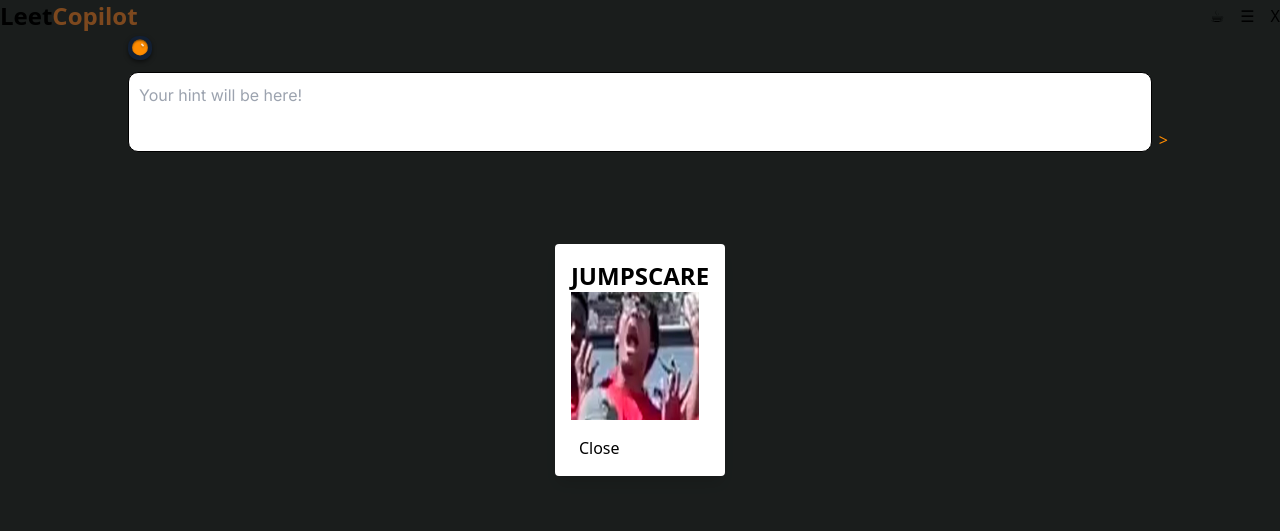
Repository: LeetCopilot/LeetCopilot
Page: / (app in frontend/), after clicking the first element matching `div.flex > :nth-child(3)`
These files come from the project's save history. The page is drawn as it stood at one moment and after the next save; the edit follows.
The browser window is 1280 px wide. The pictures show the whole page.
The project was rebuilt for these pictures with package versions that can differ from the ones it lists, and the page was loaded fresh each time. Also part of the build but not shown: frontend/vite.config.js.

Above is the page before, as saved 2023-09-01 13:49:45.

### frontend/index.html
<!doctype html>
<html lang="en">
  <head>
    <meta charset="UTF-8" />
    <link rel="icon" type="image/svg+xml" href="/vite.svg" />
    <link rel="preconnect" href="https://fonts.googleapis.com" />
    <link rel="preconnect" href="https://fonts.gstatic.com" crossorigin />
    <link
      href="https://fonts.googleapis.com/css2?family=Inter:wght@100;200;300;400;500;600;700;800;900&display=swap"
      rel="stylesheet"
    />
    <meta name="viewport" content="width=device-width, initial-scale=1.0" />
    <title>Vite + React</title>
  </head>

  <body>
    <div id="root"></div>
    <script type="module" src="/src/main.tsx"></script>
  </body>
</html>

### frontend/src/main.tsx
import React from "react";
import ReactDOM from "react-dom/client";
import App from "./App.jsx";
import "./globals.css";

ReactDOM.createRoot(document.getElementById("root")!).render(
  <React.StrictMode>
    <App />
  </React.StrictMode>,
);

### frontend/src/App.jsx
import React, { useState } from 'react';
import axios from 'axios';
import { NavBar, Indicator, PromptBox } from './components';

export const App = () => {
  const [responseFromContent, setResponseFromContent] = useState("");
  const [isTyping, setIsTyping] = useState(false);  // new state to track user typing

  const message = {
      from: "Sender.React",
      type: "SCRAPE_HINT_DATA",
  };

  const queryInfo = {
      active: true,
      currentWindow: true
  };

  const getCurrentTabId = () => {
    return new Promise((resolve, reject) => {
      chrome.tabs.query(queryInfo, tabs => {
        if (tabs && tabs[0]) {
          resolve(tabs[0].id);
        } else {
          reject(new Error('No tabs found'));
        }
      });
    });
  };

  const sendMessageToContentScript = (tabId) => {
    return new Promise((resolve) => {
      chrome.tabs.sendMessage(tabId, message, (response) => {
        resolve(response);
      });
    });
  };

  const requestHint = async () => {
    try {
      const currentTabId = await getCurrentTabId();
      const leetData = await sendMessageToContentScript(currentTabId);

      console.log(leetData);

      let hint = 'We failed to make a request to the server. Please try again.'; // default hint

      const response = await axios.post('http://localhost:8000/hint', {
        description: leetData.description,
        code: leetData.code
      });

      print(response);
      setResponseFromContent(response.data);

    } catch (error) {
      console.log(error);
    }
  };

  return (
    <div style={{ width: '100vw', height: '100vh', backgroundColor: '#343B39' }}>
      <NavBar />
      <Indicator isTyping={isTyping} />
      <PromptBox
        responseFromContent={responseFromContent}
        setIsTyping={setIsTyping}
        requestHint={requestHint}
      />
    </div>
  );
};

export default App;

### frontend/src/globals.css
@tailwind base;
@tailwind components;
@tailwind utilities;

html,
body,
#root {
  height: 100%;
  width: 100%;
}

html {
  min-width: 320px;
}

### frontend/src/components/index.js
export { default as NavBar } from './NavBar';
export { default as Indicator } from './Indicator';
export { default as PromptBox } from './PromptBox';

### frontend/src/components/NavBar.tsx
import React, { useState } from "react";
import Popup from "./Popup";

const NavBar = () => {
  const [showPopup, setShowPopup] = useState(false);

  const togglePopup = () => {
    setShowPopup(!showPopup);
  };

  return (
    <nav className="mb-2 flex items-center justify-between">
      <h3 className="text-2xl font-black">
        Leet
        <span className="text-orange-400">Copilot</span>
      </h3>
      <div className="flex items-center gap-4">
        <button>☕︎</button>
        <button>☰</button>
        <button onClick={togglePopup}>X</button>
      </div>
      {showPopup && <Popup onClose={togglePopup} />}
    </nav>
  );
};

export default NavBar;

### frontend/src/components/Indicator.jsx
import React from 'react';
import { motion } from 'framer-motion';
import { styles } from '../styles';
import { bobAnimation, innerCircleAnimation } from '../animations';

const Indicator = ({ isTyping }) => {
  return (
    <motion.div
      style={styles.bobbingDivContainer}
      variants={bobAnimation}
      initial="animate"
      animate={isTyping ? "typing" : "idle"}
    >
      <motion.div
        style={styles.innerCircle}
        variants={innerCircleAnimation}
        initial="animate"
        animate={isTyping ? "typing" : "idle"}
      >
        <div style={styles.highlightLarge} />
        <div style={styles.highlightSmall} />
      </motion.div>
    </motion.div>
  );
}

export default Indicator;

### frontend/src/components/PromptBox.jsx
import React from 'react';
import { styles } from '../styles';

const PromptBox = ({ responseFromContent, setIsTyping, requestHint }) => {
  return (
    <div style={{ display: 'flex', justifyContent: 'center' }}>
      <div style={styles.textAreaContainer}>
        <textarea
            placeholder={"Your hint will be here!"}
            style={styles.textArea}
            value={responseFromContent}
            onChange={() => {}}
            onFocus={() => setIsTyping(true)}
            onBlur={() => setIsTyping(false)}
        />
        <button onClick={requestHint} style={styles.button}>
            {'>'}
        </button>
      </div>
    </div>
  );
}

export default PromptBox;

### frontend/src/components/Popup.tsx
// Popup.tsx
import React from "react";

interface PopupProps {
  onClose: () => void;
}

const Popup: React.FC<PopupProps> = ({ onClose }) => {
  return (
    <div className="fixed left-0 top-0 flex h-full w-full items-center justify-center bg-black bg-opacity-50">
      <div className="rounded bg-white p-4 shadow-lg">
        <span className="mb-4 text-2xl font-bold">JUMPSCARE</span>
        <img src="ridha.jpg" alt="Ridha" className="mb-4 h-32 w-32" />
        <button onClick={onClose} className="ml-2">
          Close
        </button>
      </div>
    </div>
  );
};

export default Popup;

### frontend/src/styles.js
export const styles = {
    container: {
        width: '100vw',
        height: '100vh',
        padding: '5vw',
        backgroundColor: '#343B39'
      },
    navbar: {
      display: 'flex',
      flexDirection: 'row',
      justifyContent: 'space-between',
      margin: '0 2rem'
    },
    title: {
        fontSize: '1.5rem',
        fontFamily: 'Inter, sans-serif',
        fontWeight: 900,
        color: 'white',
        marginTop: '1rem',
    },
    titleHighlight: {
        color: 'darkorange'
    },
    rightHeader: {
        display: 'flex',
        flexDirection: 'row',
        alignItems: 'center',
        gap: '1rem'
      },
      menuDot: (color) => ({
        width: '1.5rem',
        height: '1.5rem',
        backgroundColor: color,
        margin: 0,
        borderRadius: '100%',
        boxShadow: '0px 2px 4px rgba(0,0,0,0.5)',
        display: 'flex',
        justifyContent: 'center',
        alignItems: 'center',
        padding: '0.25rem'
    }),
    textAreaContainer: {
        position: 'relative',
        display: 'flex',
        justifyContent: 'center',
        flexDirection: 'column',
        alignItems: 'center',
        width: '80vw',
    },
    bobbingDivContainer: {
        position: 'relative',
        display: 'flex',
        alignItems: 'center',
        justifyContent: 'center',
        width: '1.5rem',
        height: '1.5rem',
        backgroundColor: '#121F33',
        marginLeft: '10vw',
        marginBottom: '0.5rem',
        borderRadius: '45%',
        boxShadow: '0px 2px 4px rgba(0,0,0,0.5)'
    },
    innerCircle: {
        width: '1rem',
        height: '1rem',
        backgroundColor: 'darkorange',
        borderRadius: '100%',
        boxShadow: 'inset 0px 1px 2px rgba(0,0,0,0.5)'
    },
    highlightLarge: {
        position: 'absolute',
        top: '25%',
        right: '30%',
        width: '15%',
        height: '15%',
        backgroundColor: 'rgba(255,255,255,0.75)',
        borderRadius: '100%',
        boxShadow: '0px 1px 2px rgba(0,0,0,0.3)'
    },
    highlightSmall: {
        position: 'absolute',
        top: '32.5%',
        right: '27.5%',
        width: '10%',
        height: '10%',
        backgroundColor: 'rgba(255,255,255,0.75)',
        borderRadius: '100%',
        boxShadow: '0px 1px 2px rgba(0,0,0,0.3)'
    },
    textArea: {
        border: '1px solid #000',
        borderRadius: '10px',
        padding: '10px',
        color: 'white',
        width: '100%',
        height: '5rem',
        resize: 'none',
        fontFamily: 'Inter, sans-serif',
        fontWeight: 400,
        marginBottom: '1rem',
    },
    button: {
        position: 'absolute',
        bottom: '1rem',
        right: '-1rem',
        backgroundColor: 'transparent',
        color: 'darkorange'
    },
};

### frontend/src/animations.js
const repeatTransition = {
    duration: 2,
    ease: "easeInOut",
    repeat: Infinity,
    repeatDelay: 1,
    repeatType: "reverse"
};

const idleTransition = {
    ...repeatTransition,
    duration: 1.5,
    ease: "circIn",
    repeatDelay: 0.1,
    bounceDamping: 10
};

export const bobAnimation = {
    typing: {
        x: ['-5%', '5%'],
        y: ['15%'],
        transition: repeatTransition
    },
    idle: {
        y: ['-25%', '25%'],
        transition: idleTransition
    }
};

export const innerCircleAnimation = {
    typing: {
        x: ['-6%', '12%'],
        y: ['10%'],
        transition: repeatTransition
    },
    idle: {
        y: ['-5%', '5%'],
        transition: idleTransition
    }
};

Loaded but not shown: frontend/tailwind.config.js (common file)

After the next save:
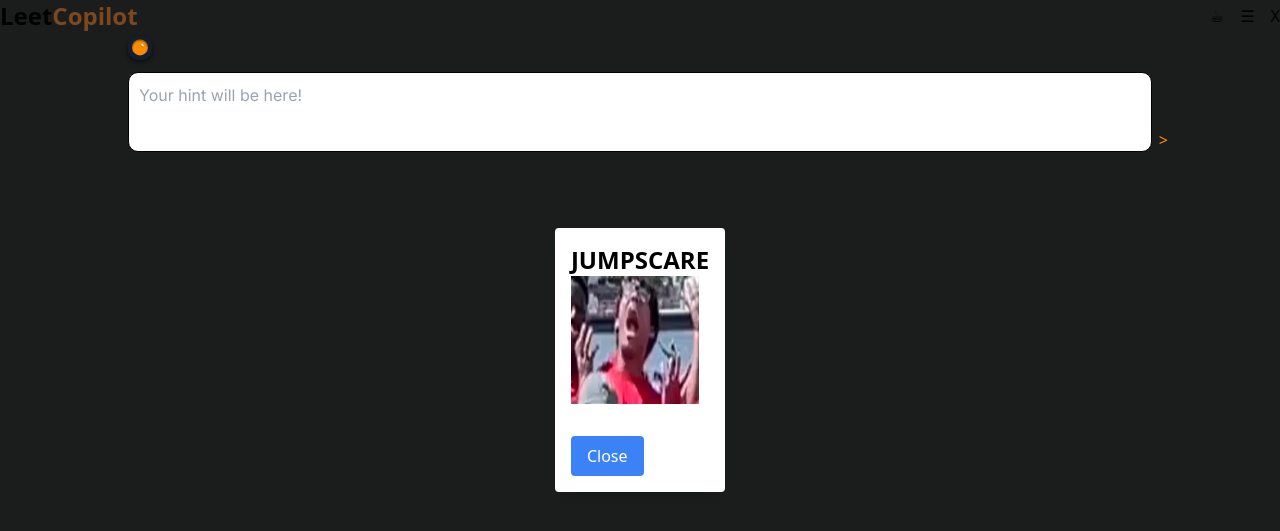
Saved 9 s later.
--- a/frontend/src/components/Popup.tsx
+++ b/frontend/src/components/Popup.tsx
@@ -11,7 +11,10 @@ const Popup: React.FC<PopupProps> = ({ onClose }) => {
       <div className="rounded bg-white p-4 shadow-lg">
         <span className="mb-4 text-2xl font-bold">JUMPSCARE</span>
         <img src="ridha.jpg" alt="Ridha" className="mb-4 h-32 w-32" />
-        <button onClick={onClose} className="ml-2">
+        <button
+          onClick={onClose}
+          className="mt-4 rounded bg-blue-500 px-4 py-2 text-white transition duration-200 hover:bg-blue-600"
+        >
           Close
         </button>
       </div>
